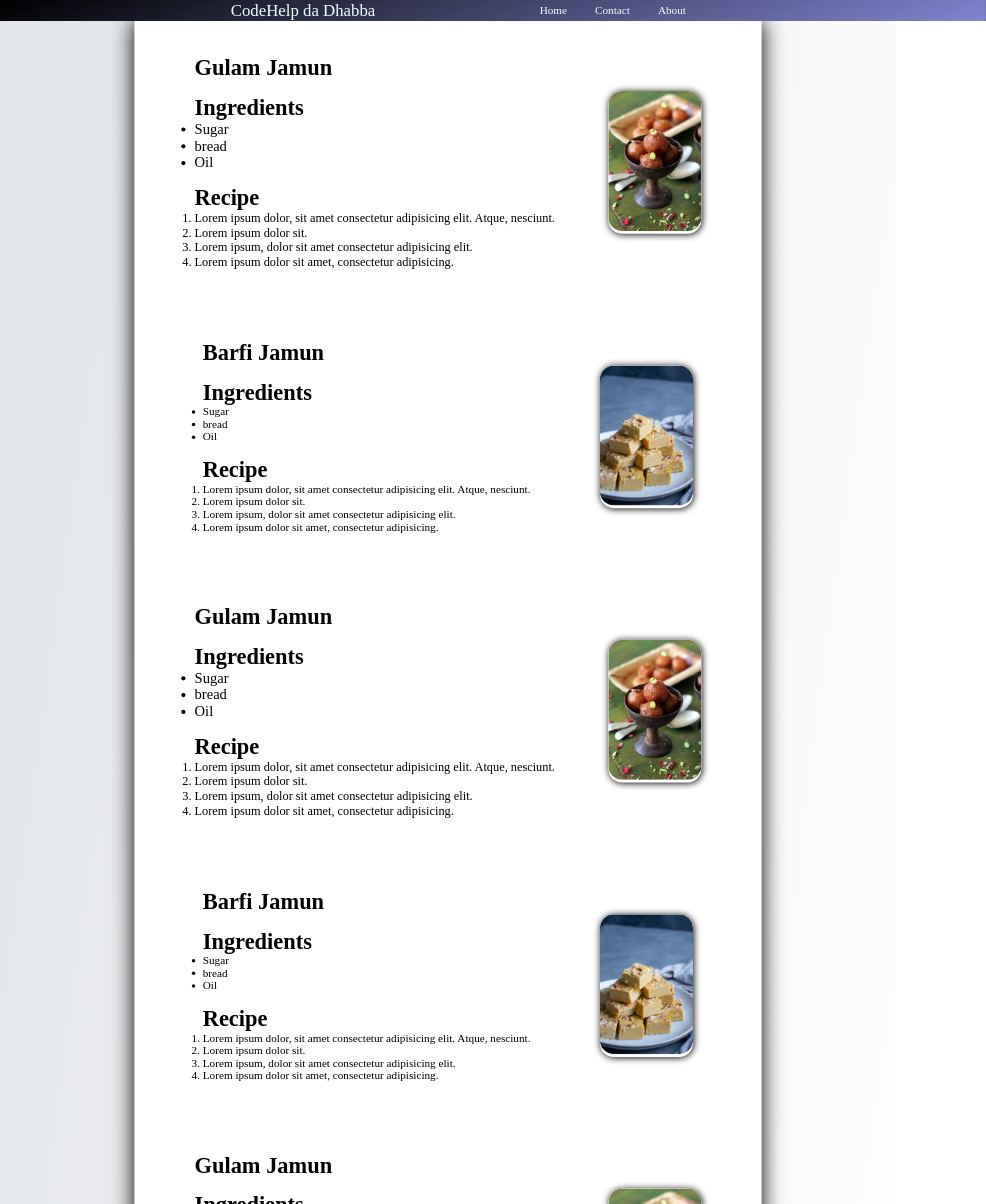
Repository: ssaddamhuss100/Recipe_Html_css
Page: index.html
The author's editor kept a copy of each file at every save. The page is drawn from the files as they stood at one save, then again after a run of saves.
The browser window is 1280 px wide. The page is 1408 px wide, so the pictures cover 1408 px, including what lies to the right of the window. The pictures show the part of the page from y = 0 to 1720 px (the page is 2396 px tall before and 1896 px after), at 70% of full size.

Above is the page before, as saved 2024-12-12 10:52:25.

### index.html
<!DOCTYPE html>
<html lang="en">
<head>
    <meta charset="UTF-8">
    <meta http-equiv="X-UA-Compatible" content="IE=edge">
    <meta name="viewport" content="width=device-width, initial-scale=1.0">
    <title>Codehelp da Dhaaba</title>
    <link rel="stylesheet" href="style.css">
</head>
<body>

    <div class="container">

        <header>
            <div class="navContainer">
                <nav>
                    <ul id="navList">
                        <li>
                            <p id="navLogo">CodeHelp da Dhabba</p>
                        </li>
                        <li>
                            <div id="navItems">
                                <a href="#">Home</a>
                                <a href="#">Contact</a>
                                <a href="#">About</a>
                            </div>
                        </li>
                    </ul>
                </nav>
            </div>
        </header>

        <main>
            <div class="contentBox">
                <!-- item 1  -->
                <section>
                    <div class="item">
                        <div class="leftBox">
                            <!-- heaeding -->
                            <h2>Gulam Jamun</h2>

                            <div>
                                <h2>Ingredients</h2>
                                <ul class="ingBox">
                                    <li>Sugar</li>
                                    <li>bread</li>
                                    <li>Oil</li>
                                </ul>
                            </div>

                            <div>
                                <h2>Recipe</h2>
                                <ol class="recipeBox">
                                    <li>Lorem ipsum dolor, sit amet consectetur adipisicing elit. Atque, nesciunt.</li>
                                    <li>Lorem ipsum dolor sit.</li>
                                    <li>Lorem ipsum, dolor sit amet consectetur adipisicing elit.</li>
                                    <li>Lorem ipsum dolor sit amet, consectetur adipisicing.</li>
                                </ol>
                            </div>



                        </div>

                        <div class="rightBox">
                            <img
                                src="bread-gulab-jamun-recipe.jpg"
                            />
                            <div class="overlay">
                                <span> Click here to Buy</span>
                            </div>
                        </div>
                    </div>
                </section>

                <section>
                    <div class="item">
                        <div class="leftBox">
                            <!-- heaeding -->
                            <h2>Barfi Jamun</h2>

                            <div>
                                <h2>Ingredients</h2>
                                <ul>
                                    <li>Sugar</li>
                                    <li>bread</li>
                                    <li>Oil</li>
                                </ul>
                            </div>

                            <div>
                                <h2>Recipe</h2>
                                <ol>
                                    <li>Lorem ipsum dolor, sit amet consectetur adipisicing elit. Atque, nesciunt.</li>
                                    <li>Lorem ipsum dolor sit.</li>
                                    <li>Lorem ipsum, dolor sit amet consectetur adipisicing elit.</li>
                                    <li>Lorem ipsum dolor sit amet, consectetur adipisicing.</li>
                                </ol>
                            </div>



                        </div>
                        <div class="rightBox">
                            <img
                                src="Magaz-5-of-5-2-960x1440.jpg"
                            />
                        </div>
                    </div>
                </section>

                <section>
                    <div class="item">
                        <div class="leftBox">
                            <!-- heaeding -->
                            <h2>Gulam Jamun</h2>

                            <div>
                                <h2>Ingredients</h2>
                                <ul class="ingBox">
                                    <li>Sugar</li>
                                    <li>bread</li>
                                    <li>Oil</li>
                                </ul>
                            </div>

                            <div>
                                <h2>Recipe</h2>
                                <ol class="recipeBox">
                                    <li>Lorem ipsum dolor, sit amet consectetur adipisicing elit. Atque, nesciunt.</li>
                                    <li>Lorem ipsum dolor sit.</li>
                                    <li>Lorem ipsum, dolor sit amet consectetur adipisicing elit.</li>
                                    <li>Lorem ipsum dolor sit amet, consectetur adipisicing.</li>
                                </ol>
                            </div>



                        </div>

                        <div class="rightBox">
                            <img
                                src="bread-gulab-jamun-recipe.jpg"
                            />
                            <div class="overlay">
                                <span> Click here to Buy</span>
                            </div>
                        </div>
                    </div>
                </section>

                <section>
                    <div class="item">
                        <div class="leftBox">
                            <!-- heaeding -->
                            <h2>Barfi Jamun</h2>

                            <div>
                                <h2>Ingredients</h2>
                                <ul>
                                    <li>Sugar</li>
                                    <li>bread</li>
                                    <li>Oil</li>
                                </ul>
                            </div>

                            <div>
                                <h2>Recipe</h2>
                                <ol>
                                    <li>Lorem ipsum dolor, sit amet consectetur adipisicing elit. Atque, nesciunt.</li>
                                    <li>Lorem ipsum dolor sit.</li>
                                    <li>Lorem ipsum, dolor sit amet consectetur adipisicing elit.</li>
                                    <li>Lorem ipsum dolor sit amet, consectetur adipisicing.</li>
                                </ol>
                            </div>



                        </div>
                        <div class="rightBox">
                            <img
                                src="Magaz-5-of-5-2-960x1440.jpg"
                            />
                        </div>
                    </div>
                </section>

                <section>
                    <div class="item">
                        <div class="leftBox">
                            <!-- heaeding -->
                            <h2>Gulam Jamun</h2>

                            <div>
                                <h2>Ingredients</h2>
                                <ul class="ingBox">
                                    <li>Sugar</li>
                                    <li>bread</li>
                                    <li>Oil</li>
                                </ul>
                            </div>

                            <div>
                                <h2>Recipe</h2>
                                <ol class="recipeBox">
                                    <li>Lorem ipsum dolor, sit amet consectetur adipisicing elit. Atque, nesciunt.</li>
                                    <li>Lorem ipsum dolor sit.</li>
                                    <li>Lorem ipsum, dolor sit amet consectetur adipisicing elit.</li>
                                    <li>Lorem ipsum dolor sit amet, consectetur adipisicing.</li>
                                </ol>
                            </div>



                        </div>

                        <div class="rightBox">
                            <img
                                src="bread-gulab-jamun-recipe.jpg"
                            />
                            <div class="overlay">
                                <span> Click here to Buy</span>
                            </div>
                        </div>
                    </div>
                </section>

                <section>
                    <div class="item">
                        <div class="leftBox">
                            <!-- heaeding -->
                            <h2>Barfi Jamun</h2>

                            <div>
                                <h2>Ingredients</h2>
                                <ul>
                                    <li>Sugar</li>
                                    <li>bread</li>
                                    <li>Oil</li>
                                </ul>
                            </div>

                            <div>
                                <h2>Recipe</h2>
                                <ol>
                                    <li>Lorem ipsum dolor, sit amet consectetur adipisicing elit. Atque, nesciunt.</li>
                                    <li>Lorem ipsum dolor sit.</li>
                                    <li>Lorem ipsum, dolor sit amet consectetur adipisicing elit.</li>
                                    <li>Lorem ipsum dolor sit amet, consectetur adipisicing.</li>
                                </ol>
                            </div>



                        </div>
                        <div class="rightBox">
                            <img
                                src="Magaz-5-of-5-2-960x1440.jpg"
                            />
                        </div>
                    </div>
                </section>
            </div>
        </main>

        <footer>
           <div class="footerBox">
                <p>
                    Copyright  &copy; CodeHelp da Dhaaba Pvt Ltd 2023 All Rights Reserved
                </p>
           </div>
        </footer>


    </div>

</body>
</html>

### style.css
*{
    margin: 0;
    padding: 0;
    box-sizing: border-box;
}
.container{
    height: 100%;
    width: 100%;
    overflow-x: none;
    background-color: #e2e5e8;
    background-image: linear-gradient(98deg, #e2e5e8 0%, #ffffff 100%);

}

.navContainer{
    width: 110vw;
    /* background-color: rgba(113, 113, 154, 0.776);
    */
    background-color: #000000;
   background-image: linear-gradient(160deg, #000000 0%, #8085d0 100%);

    min-height: 30px;
    display: flex;
    justify-content: center;
    align-items: center;
    position: relative;
}
nav{
    width: 70%;
}
#navList{
    width: 90%;
    padding: 1px;

    list-style: none;
    font-size: 1rem;
    display: flex;
    justify-content: space-around;
    align-items: center;
}

#navLogo{
    font-size: 1.5rem;
    color: azure;
}

a{
    text-decoration: none;
    color: azure;
}
#navItems{
    display: flex;
    gap:40px;

}

footer{
    width: 100%;
}

.footerBox{
    background-color: #000000;
    background-image: linear-gradient(160deg, #000000 0%, #8085d0 100%);
    width: 100%;
    text-align: center;
    min-height: 10px;
}

.footerBox p {
    color: azure;
    font-size: 1rem;
}

.contentBox{
    width: 70%;
    margin: auto;
    background-color: white;
    display: flex;
    flex-direction: column;
    gap: 100px;   padding: 3rem;
    box-shadow: 0px 0px 30px black;
}

.item{
    display: flex;
    justify-content: space-around;
    align-items: center;
}

.rightBox{
    position: relative;
    overflow: hidden;
    transition: all 0.3s linear 0s;
    box-shadow: 1px 1px 10px black;
    border-radius: 20px;
}

.rightBox img{
    height: 200px;
    border-radius: 20px;
    transition: all 0.6s linear 0s;
}

.rightBox:hover{
    transform: scale(1.1);
}

.leftBox{
    display: flex;
    flex-direction: column;
    gap: 20px;
}
.leftBox h2{
    font-size: 2rem;
}

.ingBox{
    font-size: 1.3rem;
}

.recipeBox{
    font-size: 1.1rem;
}

.rightBox .overlay{
    position: absolute;
    top: 0;
    left: 0;
    height: 100%;
    width: 100%;
    background-color: rgba(36, 34, 34, 0.713);
    border-radius: 20px;
    display: flex;
    align-items: center;
    justify-content: center;
    opacity: 0;
    transition: all 0.3s linear 0s;
}

.rightBox:hover .overlay{
    opacity: 1;
}

.rightBox .overlay span{
    color: white;
    font-size: 1.2rem;
}

After the next 2 saves:
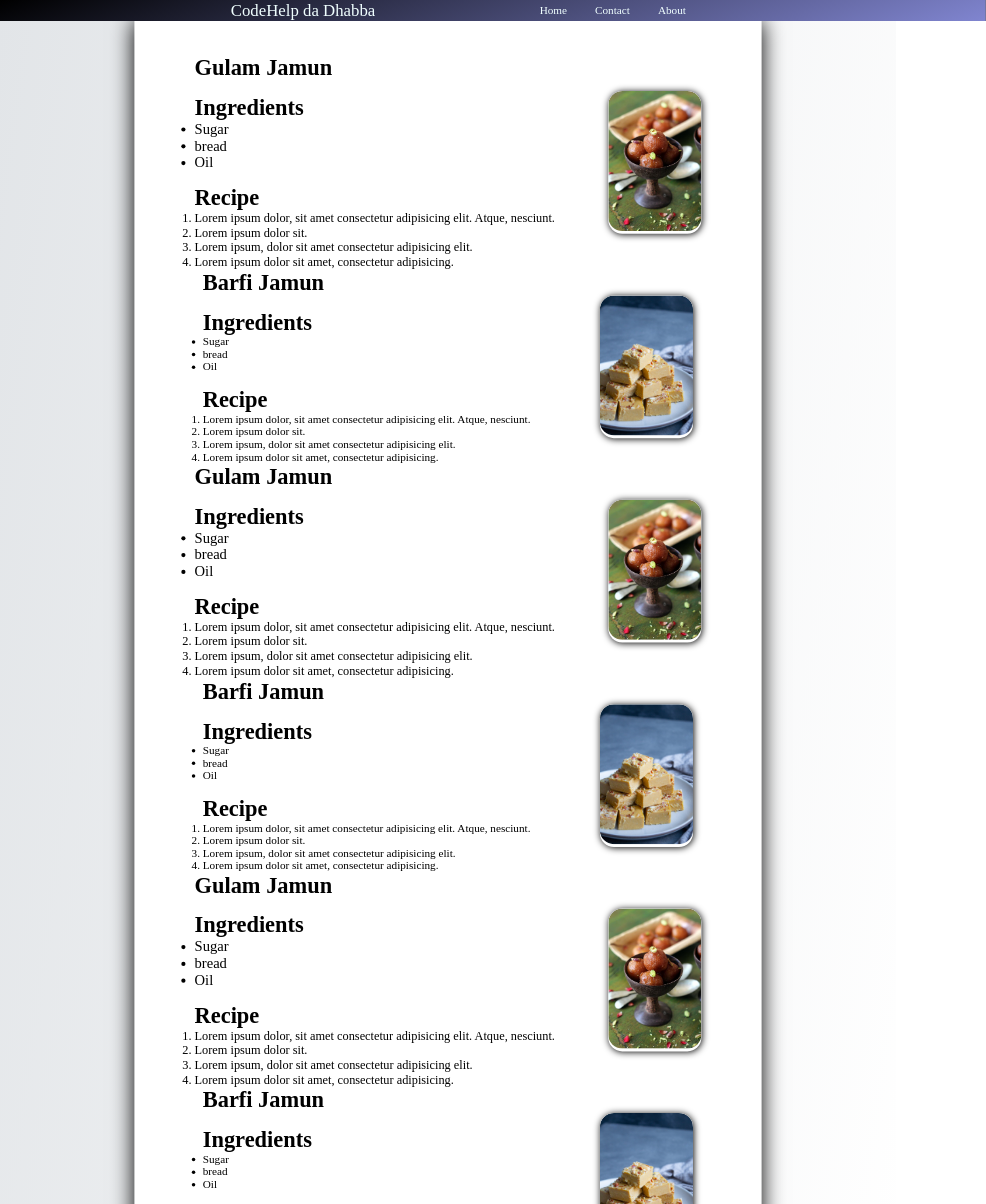
The 2 saves are shown as one change because they came seconds apart.
The last was saved 6 s later.
--- a/style.css
+++ b/style.css
@@ -77,7 +77,7 @@ footer{
     background-color: white;
     display: flex;
     flex-direction: column;
-    gap: 100px;   padding: 3rem;
+       padding: 3rem;
     box-shadow: 0px 0px 30px black;
 }
 
